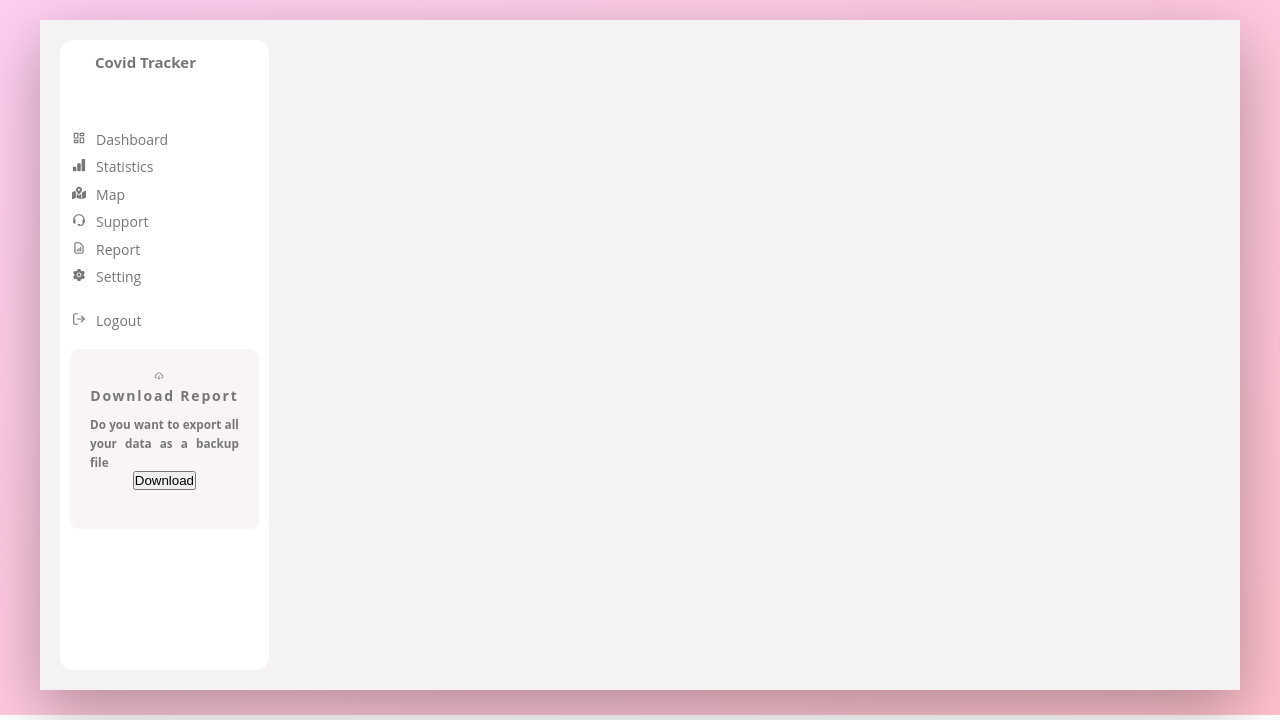
Repository: okidijimmy200/CovidAdminTracker
Page: /
The author's editor kept a copy of each file at every save. The page is drawn from the files as they stood at one save, then again after a run of saves.
The browser window is 1280 px wide. The pictures show the whole page.
The project was rebuilt for these pictures with package versions that can differ from the ones it lists, and the page was loaded fresh each time.

Above is the page before, as saved 2022-06-16 13:00:55.

### public/index.html
<!DOCTYPE html>
<html lang="en">
  <head>
    <meta charset="utf-8" />
    <link rel="icon" href="%PUBLIC_URL%/favicon.ico" />
    <meta name="viewport" content="width=device-width, initial-scale=1" />
    <meta name="theme-color" content="#000000" />
    <meta
      name="description"
      content="Web site created using create-react-app"
    />
    <link rel="apple-touch-icon" href="%PUBLIC_URL%/logo192.png" />
    <!--
      manifest.json provides metadata used when your web app is installed on a
      user's mobile device or desktop. See https://developers.google.com/web/fundamentals/web-app-manifest/
    -->
    <link rel="manifest" href="%PUBLIC_URL%/manifest.json" />
    <!--
      Notice the use of %PUBLIC_URL% in the tags above.
      It will be replaced with the URL of the `public` folder during the build.
      Only files inside the `public` folder can be referenced from the HTML.

      Unlike "/favicon.ico" or "favicon.ico", "%PUBLIC_URL%/favicon.ico" will
      work correctly both with client-side routing and a non-root public URL.
      Learn how to configure a non-root public URL by running `npm run build`.
    -->
    <title>Covid Admin Tracker</title>
  </head>
  <body>
    <noscript>You need to enable JavaScript to run this app.</noscript>
    <div id="root"></div>
    <!--
      This HTML file is a template.
      If you open it directly in the browser, you will see an empty page.

      You can add webfonts, meta tags, or analytics to this file.
      The build step will place the bundled scripts into the <body> tag.

      To begin the development, run `npm start` or `yarn start`.
      To create a production bundle, use `npm run build` or `yarn build`.
    -->
  </body>
</html>

### src/index.scss
:root {
  --color-primary:#eb2f64;
  --color-primary-light:#ffcff1;
  --color-primary-dark:#ffc1cc;
  --color-grey-light-1: #faf9f9;
  --color-grey-light-2: #f4f2f2;
  --color-grey-light-3: #f0eeee;
  --color-grey-light-4: #ccc;
  --color-grey-dark-1: #333;
  --color-grey-dark-2: #777;
  --color-grey-dark-3: #999;

  // creating variable for box
  --shadow-dark: 0 2rem 6rem rgba(0, 0, 0, 0.3);

  --shadow-light: 0 2rem 5rem rgba(0,0,0,.06);
}


* {
  margin: 0;
  padding: 0;
}
*,
*::before,
*::after {
  box-sizing: inherit;
}

html {
  box-sizing: border-box;
  font-size: 62.5%;

}

body {
  font-family: 'Open Sans', sans-serif;
  font-weight: 400;
  line-height: 1.6;
  color: var(--color-grey-dark-2);
  background-image: linear-gradient(to right bottom, var(--color-primary-light), var(--color-primary-dark));
  background-size: cover;
  background-repeat: no-repeat;
  min-height: 96.5vh;
}

### src/App.tsx
import React from 'react';
import Sidebar from './sidebar/sidebar';
import Content from './core/content';
import './App.scss';

function App() {
  return (
    <div data-testid='container' className="container">
      <div className="content">
      <Sidebar />
      <Content />
      </div>

    </div>
  );
}

export default App;

### src/sidebar/sidebar.tsx
import React from 'react'
import {MdOutlineDashboard  } from 'react-icons/md'
import { BsFillBarChartFill } from 'react-icons/bs'
import { FaMapMarkedAlt } from 'react-icons/fa'
import { BiSupport } from 'react-icons/bi'
import { HiOutlineDocumentReport } from 'react-icons/hi'
import { AiFillSetting } from 'react-icons/ai'
import { FiLogOut } from 'react-icons/fi'
import { AiOutlineCloudDownload } from 'react-icons/ai'

import './sidebar.scss'

export default function sidebar() {
  return (
    <>
    <nav className="sidebar">
        <h2 className='title'>Covid Tracker</h2>
        <div className='sidebar-flex'>
            <div>
            <ul className="side-nav">
            <li className="side-nav__item side-nav__item--active">
                <span className='side-nav__icon'><MdOutlineDashboard /></span>
                    <span>Dashboard</span>
            </li>
            <li className="side-nav__item">
                {/* <a href="#" class="side-nav__link"> */}
                    <span className="side-nav__icon">
                        <BsFillBarChartFill />
                        {/* <use xlink:href="img/spritspam#icon-aircraft-take-off"></use> */}
                    </span>
                    <span>Statistics</span>
                {/* </a> */}
            </li>
            <li className="side-nav__item">
                {/* <a href="#" class="side-nav__link"> */}
                    <span className="side-nav__icon">
                        <FaMapMarkedAlt />
                        {/* <use xlink:href="img/sprite.svg#icon-key"></use> */}
                    </span>
                    <span>Map</span>
                {/* </a> */}
            </li>
            <li className="side-nav__item">
                {/* <a href="#" className="side-nav__link"> */}
                    <span className="side-nav__icon">
                        {/* <use xlink:href="img/sprite.svg#icon-map"></use> */}
                        <BiSupport />
                    </span>
                    <span>Support</span>
                {/* </a> */}
            </li>
            <li className="side-nav__item">
                {/* <a href="#" className="side-nav__link"> */}
                    <span className="side-nav__icon">
                        {/* <use xlink:href="img/sprite.svg#icon-map"></use> */}
                        <HiOutlineDocumentReport />
                    </span>
                    <span>Report</span>
                {/* </a> */}
            </li>
            <li className="side-nav__item">
                {/* <a href="#" className="side-nav__link"> */}
                    <span className="side-nav__icon">
                        {/* <use xlink:href="img/sprite.svg#icon-map"></use> */}
                        <AiFillSetting />
                    </span>
                    <span>Setting</span>
                {/* </a> */}
            </li>
        </ul>
            </div>
            <div>
                <ul className="side-nav logout">
                <li className="side-nav__item">
                <span className="side-nav__icon">
                        <FiLogOut />
                    </span>
                <span>Logout</span>
            </li>
                </ul>

            </div>

        <div className="download">
            <div className='download__container'>
            <span className="side-nav__icon">
                <AiOutlineCloudDownload />
            </span>
            <h2 className='title__download'>Download Report</h2>
                <h3 className='text'>Do you want to export all your data as a backup file</h3>
            <button>Download</button>
            </div>

        </div>
        </div>
    </nav>
</>
  )
}

### src/core/content.tsx
import React from 'react'

import './content.scss'

export default function Content() {
  return (
    <main className="hotel-view">
    </main>
  )
}

### src/App.scss
.container {
  max-width: 120rem;
  // centering in the view port
  margin: 2rem auto;
  background-color: var(--color-grey-light-2);
  // box-shadow:;
  box-shadow: var(--shadow-dark);

  // min height for testing
  // min-height: 60rem;

}

.content {
  display: flex;
  min-height: 93vh;
  padding: 2rem;
}

### src/sidebar/sidebar.scss

.sidebar {
    // styling the sidebar
    background-color: #fff;
    // flex property to define width, grow 0, shrink 0
    flex: 0 0 18%;
    // to create alot of space in the container for legal text
    border-radius: 1.3rem;
}

.side-nav {
    // adding font size
    font-size: 1.4rem;
    list-style: none;
    margin-top: 3.5rem;


   &__item {
       // parent element set to relative to element the hover effect
       position: relative;
       cursor: pointer;
       margin-left: 1.2rem;

       // to create space btn the items
       &:not(:last-child) {
           margin-bottom: .5rem;
       }
   }

   // this shd be visible only when we hover the item
   &__item:hover::before,
   // to make one of the li items initially highlighted
   &__item--active::before {
       width: 100%;
   }

   // to show the item as selected
   &__item:active::before {
       background-color: #fff;
   }


   &__link:link,
   &__link:visited {
    //    color: var(--color-grey-light-1);
       text-decoration: none;
       text-transform: uppercase;
       display: inline-block;
       padding: 1.5rem 3rem;
       // z-index only works with positioning
       position: relative;
       z-index: 10;
       // to align items in straight line
       display: flex;
       align-items: center;
   }

   &__icon {
       // reduce size of icons
       width: 1.75rem;
       height: 1.75rem;
       margin-right: 1rem;
       // current color is the color of the current element
       fill:currentColor;
   }
}
.logout {
    margin-top: 2.2rem;
    margin-bottom: 1.6rem;
}
.sidebar-flex {
    display: flex;
    flex-direction: column;
    height: 45rem;
}
.title {
    padding: 1rem 2rem 2rem 3.5rem;
}

.download {
    border-radius: .9rem;
    background-color: #F9F5F4;
    height: 18rem;
    margin: 0 1rem;

    &__container {
        text-align: center;
        margin: 2rem;
    }
}
.title__download {
    font-size: 1.4rem;
    font-weight:bolder;
    letter-spacing: 1.8px;
    margin-bottom: .8rem;
}

.text {
    text-align: justify;
}

### src/core/content.scss
.hotel-view {
    // background-color: #fff;
    // to make the hotel-view cover up the remaining space
    flex: 1;
    margin-left: 2rem;
}

Loaded but not shown: src/index.tsx (common file); src/reportWebVitals.ts (common file)

After the next 3 saves:
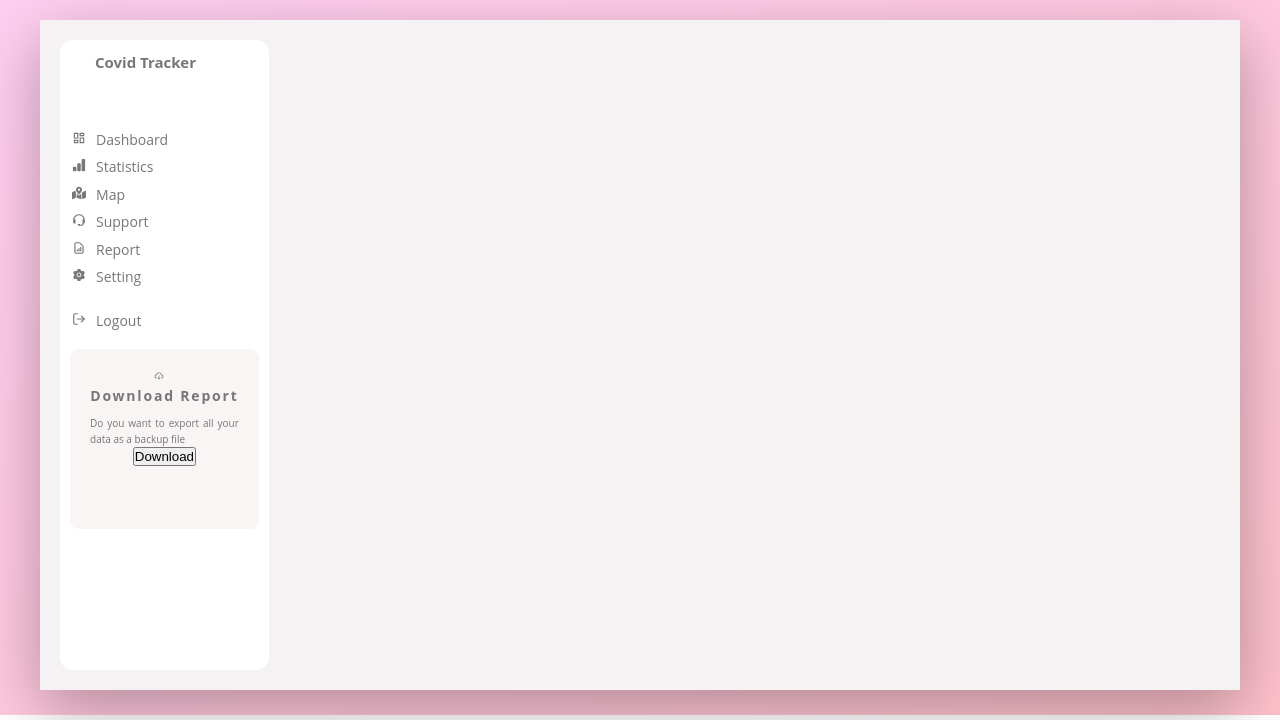
The 3 saves are shown as one change because 1 did not build or start and some came seconds apart.
The last was saved 75 min 38 s later.
--- a/src/sidebar/sidebar.tsx
+++ b/src/sidebar/sidebar.tsx
@@ -87,7 +87,7 @@ export default function sidebar() {
                 <AiOutlineCloudDownload />
             </span>
             <h2 className='title__download'>Download Report</h2>
-                <h3 className='text'>Do you want to export all your data as a backup file</h3>
+                <p className='text'>Do you want to export all your data as a backup file</p>
             <button>Download</button>
             </div>
 
